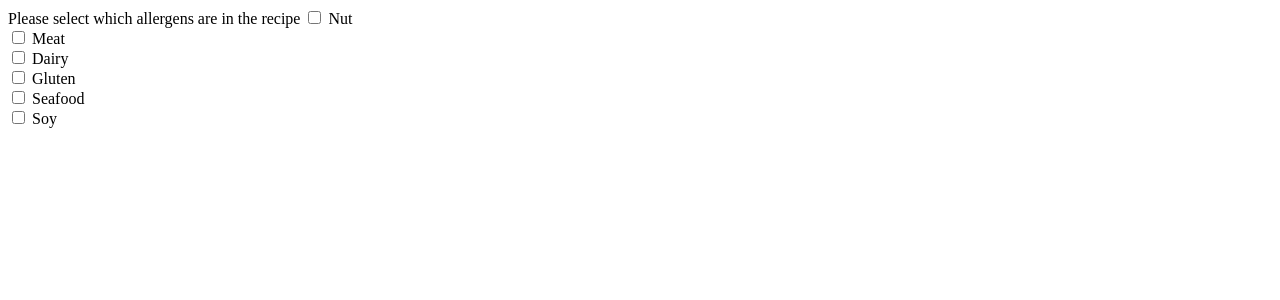
Repository: blueag8/babyappytite
Page: editrecipe.html
The author's editor kept a record of every edit. The page is drawn from the files as they stood at one moment, then again after the next edit.
The browser window is 1280 px wide. The pictures show the whole page.

Above is the page before.

After the next edit:
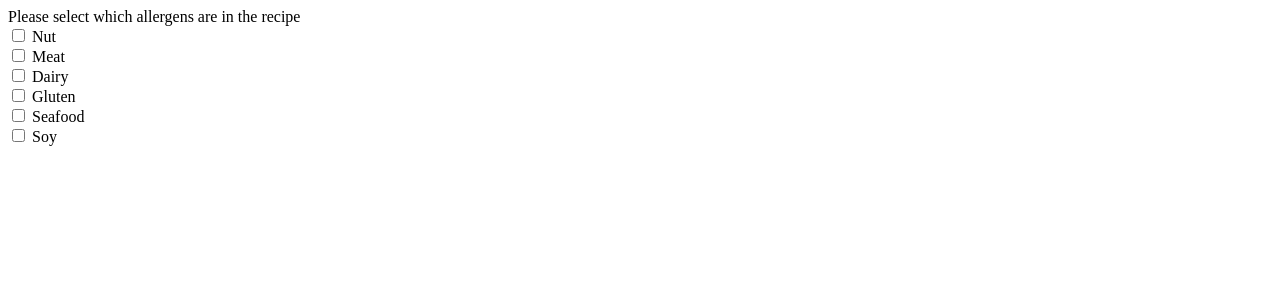
The edit:
--- a/editrecipe.html
+++ b/editrecipe.html
@@ -1,7 +1,7 @@
 <div class="form-row">
 
     <label for="exampleFormControlSelect1">Please select which allergens are in the recipe</label>
-
+<div class="form-check form-check-inline">
   <input class="form-check-input" type="checkbox" id="inlineCheckbox1" value="Nut">
   <label class="form-check-label" for="inlineCheckbox1">Nut</label>
 </div>
